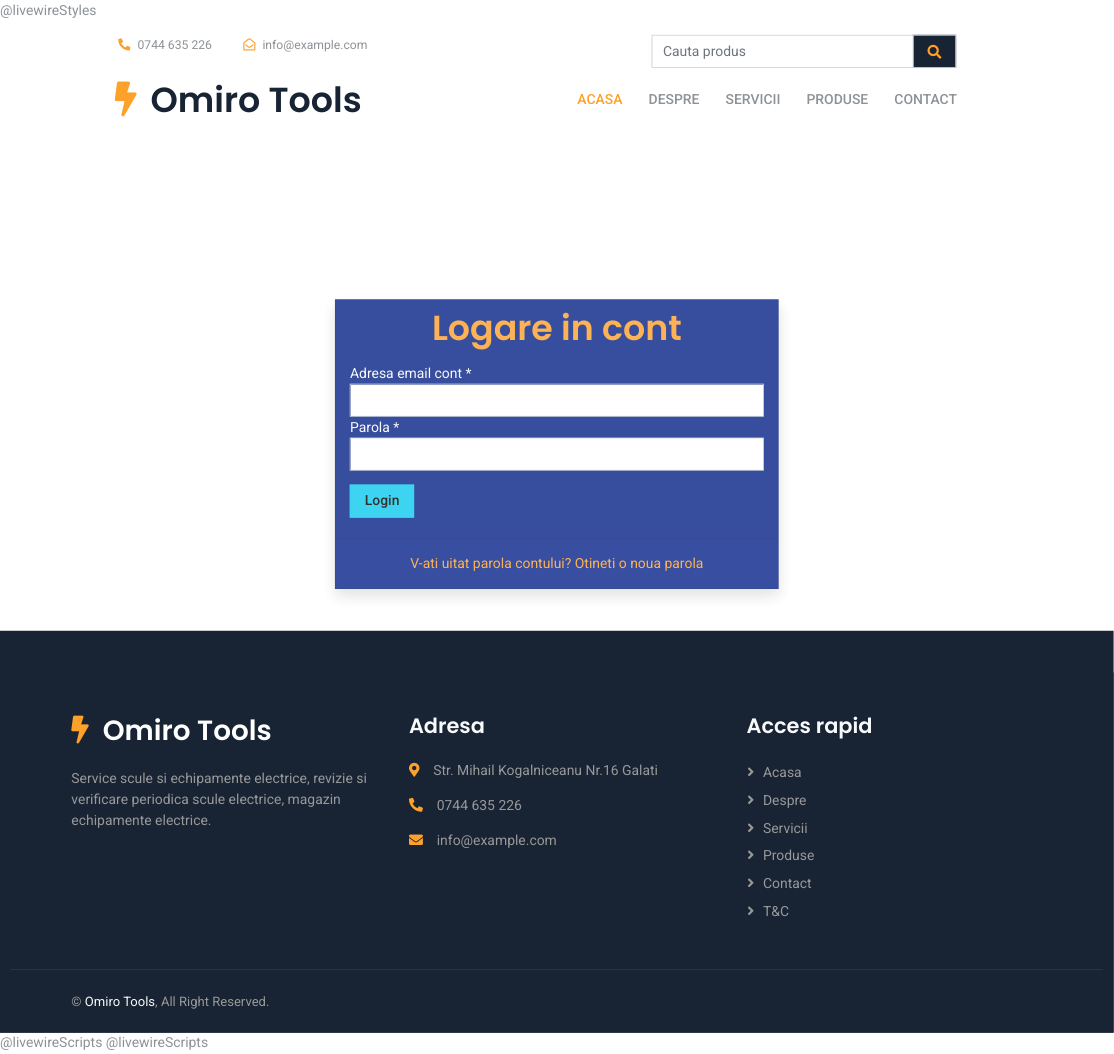
Repository: sorina0109/laravel_test
Page: http://localhost/login
An editor plug-in stored every save of this project. The page is shown before and after the next save, followed by the edit.
The browser window is 1280 px wide. The pictures show the whole page, at 87% of full size.
Some web libraries are served in a nearby version. The page is served by the project's Laravel application, run on PHP 8.4 with Laravel 10.

Above is the page before, as saved 2023-08-15 15:03:02.

After the next save:
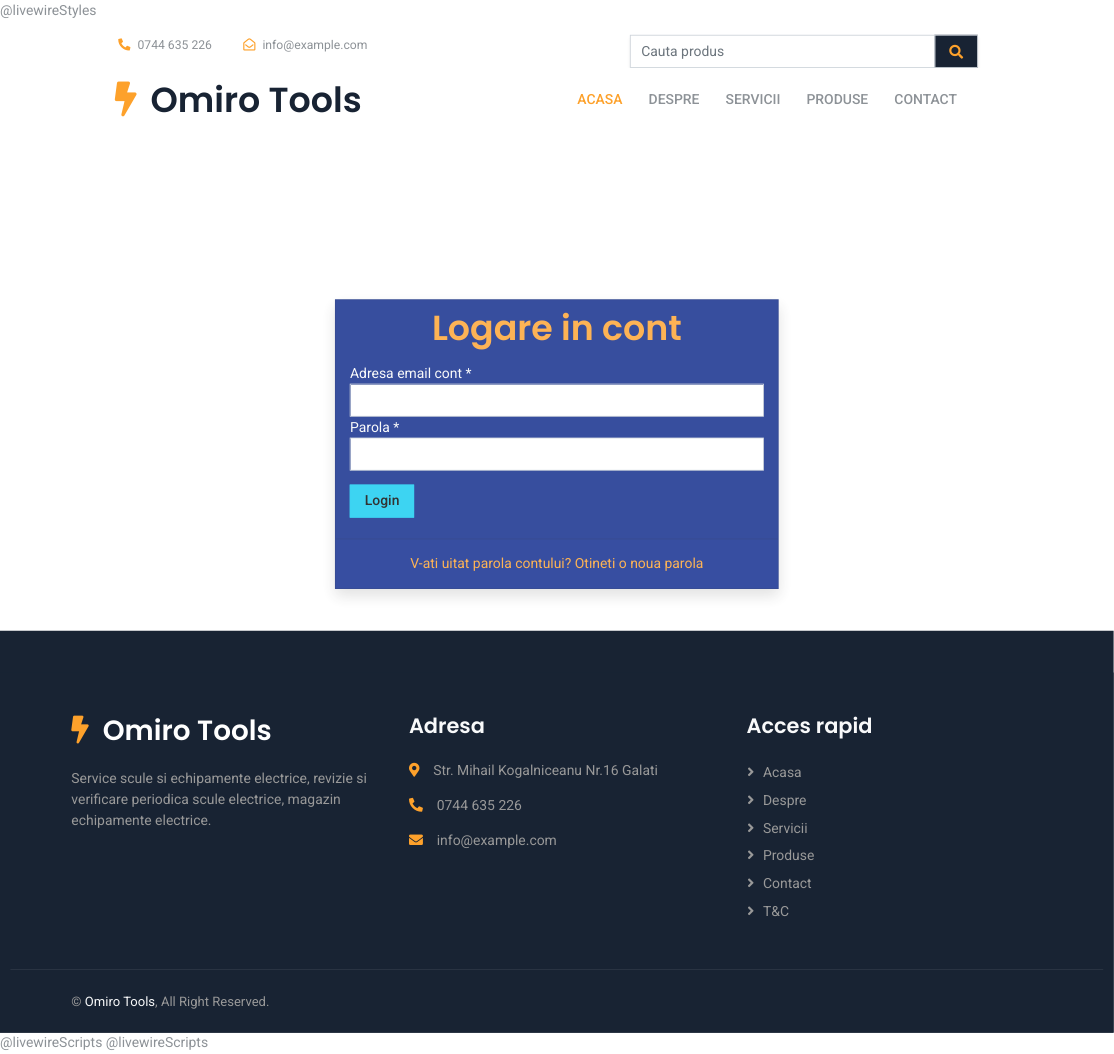
Saved 17 s later.
--- a/resources/views/front/partials/topbar.blade.php
+++ b/resources/views/front/partials/topbar.blade.php
@@ -17,7 +17,7 @@
         </div>
         <div class="col-lg-6 d-none d-lg-block text-center pt-3" >
             <form style="display: inline-block;" action="{{ route('search') }}" method="GET" id="search-bar">
-                <div class="input-group shadow-sm" style="width: 350px;">
+                <div class="input-group shadow-sm" style="width: 400px;">
                     <input name="search_product" type="text" class="form-control " placeholder="Cauta produs" >
                     <div class="input-group-append" onclick="document.getElementById('search-bar').submit()"
                             style="cursor:pointer;">
